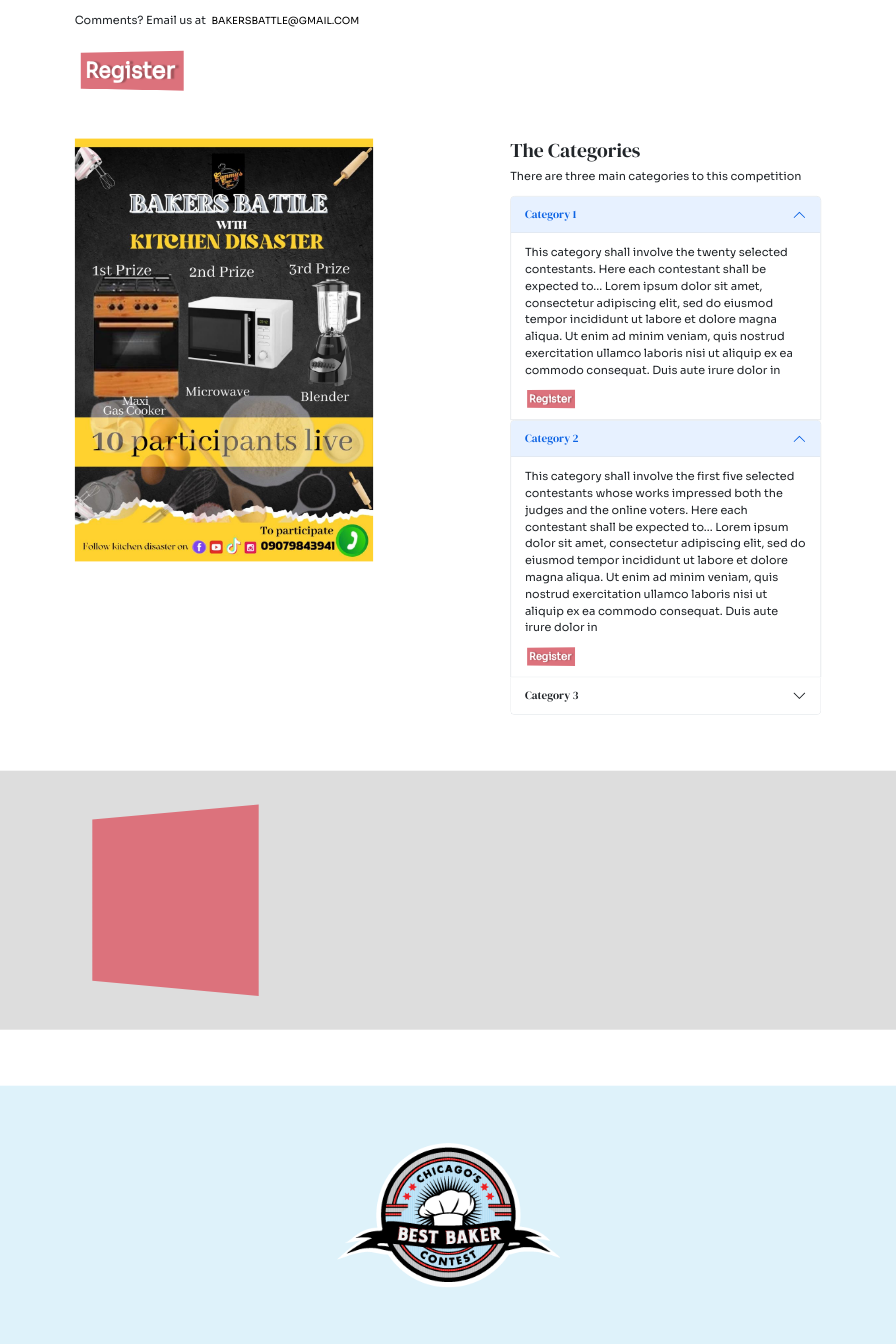
Repository: sarahnnanyelugo/bakers-battle
Page: /
These files come from the project's save history. The page is drawn as it stood at one moment and after the next save; the edit follows.
The browser window is 1280 px wide. The pictures show the part of the page from y = 1910 to 3830 px (the page is 3830 px tall), at 70% of full size.
The project was rebuilt for these pictures with package versions that can differ from the ones it lists, and the page was loaded fresh each time. Also part of the build but not shown: src/components/ScreenSlide/slide.scss, src/components/ScreenSlide/ScreenSlide.js.

Above is the page before, as saved 2024-07-08 23:28:16.

After the next save:
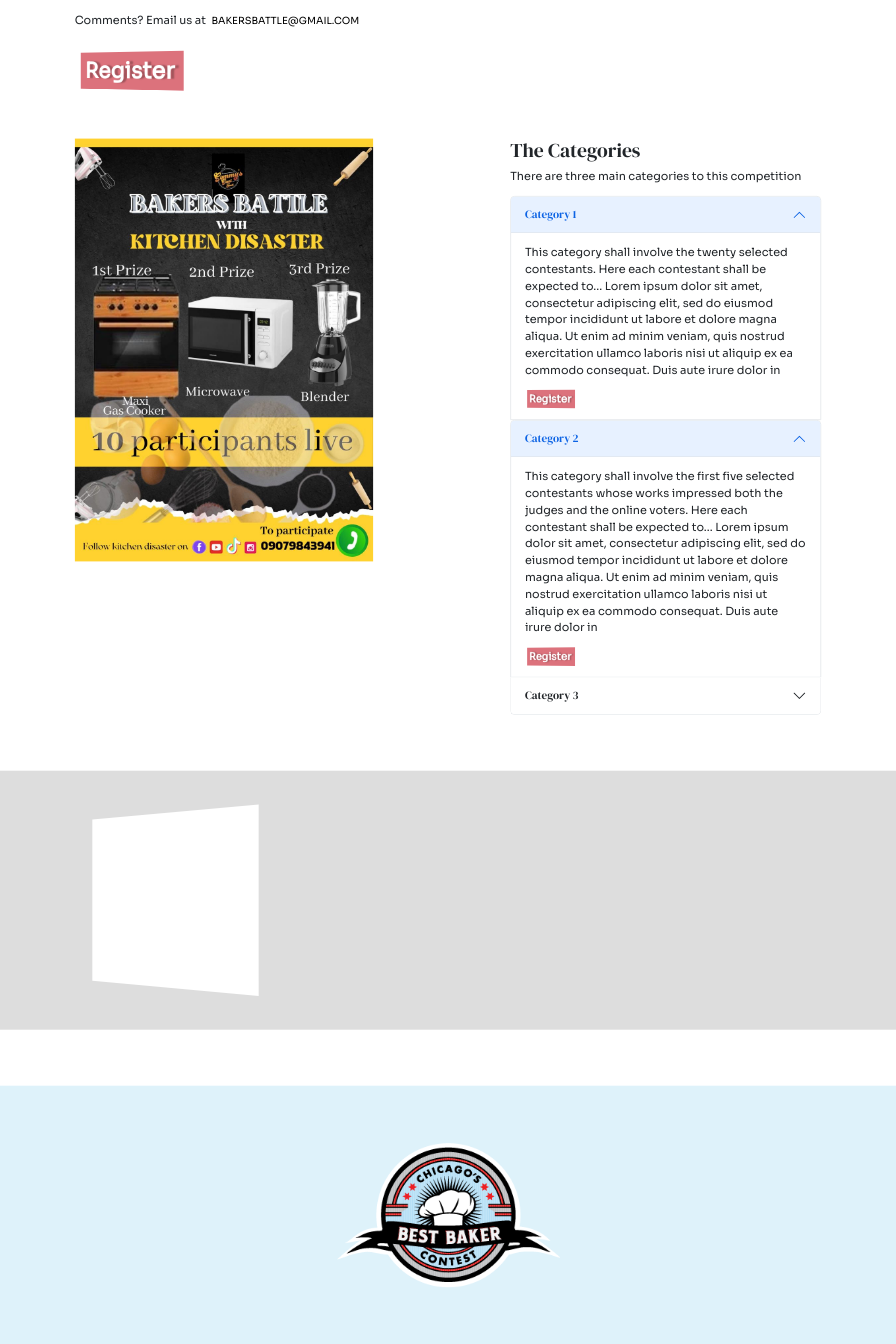
Saved 9 s later.
--- a/src/pages/Home/home.scss
+++ b/src/pages/Home/home.scss
@@ -21,7 +21,7 @@
     background: #fff;
     background: linear-gradient(90deg, #0000 33%, #fff5, #0000 67%)
         var(--_p, 100%) / 300% no-repeat,
-      #dc727c;
+      #fff;
     transform: perspective(500px) rotateY(calc(20deg * var(--_i, -1)));
     text-shadow: calc(var(--_i, -1) * 0.08em) -0.01em 0 var(--c),
       calc(var(--_i, -1) * -0.08em) 0.01em 2px #0004;
